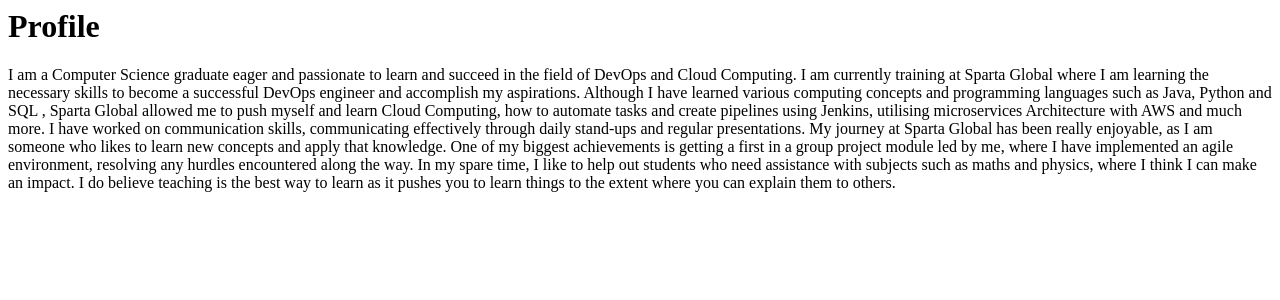
Repository: shazid98/shazid_webpage
Page: profile.html
An editor plug-in stored every save of this project. The page is shown before and after the next save, followed by the edit.
The browser window is 1280 px wide. The pictures show the whole page.

Above is the page before, as saved 2022-07-04 16:11:01.

After the next save:
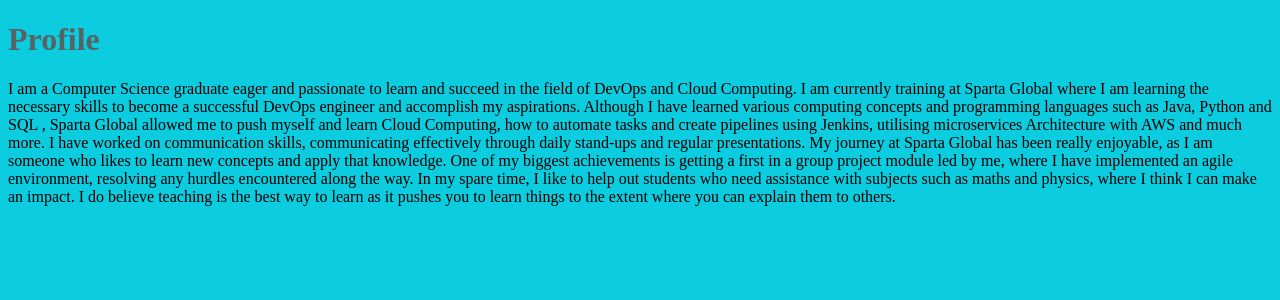
Saved 50 s later.
--- a/profile.html
+++ b/profile.html
@@ -1,12 +1,34 @@
-<h1>
-    Profile
-</h1>
-<p>
-    I am a Computer Science graduate eager and passionate to learn and succeed in the field of DevOps and Cloud Computing. I am currently training at Sparta Global where I am learning the necessary skills to become a successful DevOps engineer and accomplish my aspirations.
+<!DOCTYPE html>
+<!--[if lt IE 7]>      <html class="no-js lt-ie9 lt-ie8 lt-ie7"> <![endif]-->
+<!--[if IE 7]>         <html class="no-js lt-ie9 lt-ie8"> <![endif]-->
+<!--[if IE 8]>         <html class="no-js lt-ie9"> <![endif]-->
+<!--[if gt IE 8]>      <html class="no-js"> <!--<![endif]-->
+<html>
+    <head>
+        <meta charset="utf-8">
+        <meta http-equiv="X-UA-Compatible" content="IE=edge">
+        <title></title>
+        <meta name="description" content="">
+        <meta name="viewport" content="width=device-width, initial-scale=1">
+        <link rel="stylesheet" href="style.css">
+    </head>
+    <body>
+        <!--[if lt IE 7]>
+            <p class="browsehappy">You are using an <strong>outdated</strong> browser. Please <a href="#">upgrade your browser</a> to improve your experience.</p>
+        <![endif]-->
+        <h1>
+            Profile
+        </h1>
+        <p>
+            I am a Computer Science graduate eager and passionate to learn and succeed in the field of DevOps and Cloud Computing. I am currently training at Sparta Global where I am learning the necessary skills to become a successful DevOps engineer and accomplish my aspirations.
 
-    Although I have learned various computing concepts and programming languages such as Java, Python and SQL , Sparta Global allowed me to push myself and learn Cloud Computing, how to automate tasks and create pipelines using Jenkins, utilising microservices Architecture with AWS and much more. I have worked on communication skills, communicating effectively through daily stand-ups and regular presentations. My journey at Sparta Global has been really enjoyable, as I am someone who likes to learn new concepts and apply that knowledge.
+            Although I have learned various computing concepts and programming languages such as Java, Python and SQL , Sparta Global allowed me to push myself and learn Cloud Computing, how to automate tasks and create pipelines using Jenkins, utilising microservices Architecture with AWS and much more. I have worked on communication skills, communicating effectively through daily stand-ups and regular presentations. My journey at Sparta Global has been really enjoyable, as I am someone who likes to learn new concepts and apply that knowledge.
 
-    One of my biggest achievements is getting a first in a group project module led by me, where I have implemented an agile environment, resolving any hurdles encountered along the way.
+            One of my biggest achievements is getting a first in a group project module led by me, where I have implemented an agile environment, resolving any hurdles encountered along the way.
 
-    In my spare time, I like to help out students who need assistance with subjects such as maths and physics, where I think I can make an impact. I do believe teaching is the best way to learn as it pushes you to learn things to the extent where you can explain them to others.
-</p>
+            In my spare time, I like to help out students who need assistance with subjects such as maths and physics, where I think I can make an impact. I do believe teaching is the best way to learn as it pushes you to learn things to the extent where you can explain them to others.
+        </p>
+
+        <script src="" async defer></script>
+    </body>
+</html>
